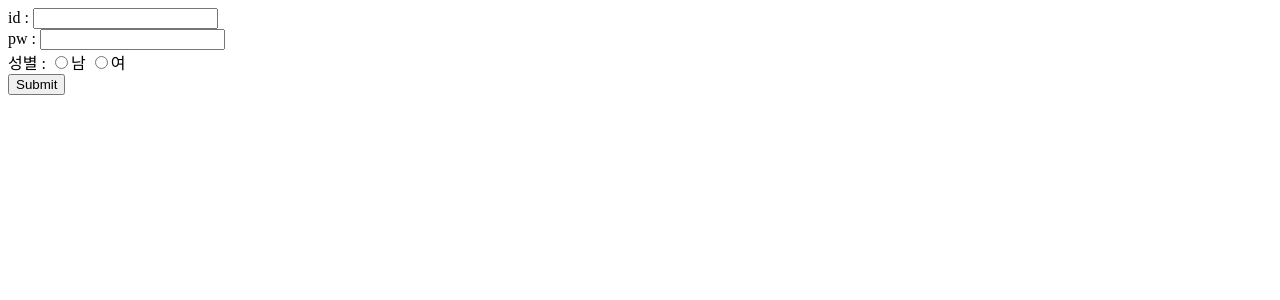
Repository: shouvoo/bitAcademy
Page: http://localhost/jspProj/request/joinForm.jsp
The author's editor kept a copy of each file at every save. The page is drawn from the files as they stood at one save, then again after the next save.
The browser window is 1280 px wide. The pictures show the whole page.
The page is served by Tomcat 9.

Above is the page before, as saved 2017-09-27 05:50:01.

After the next save:
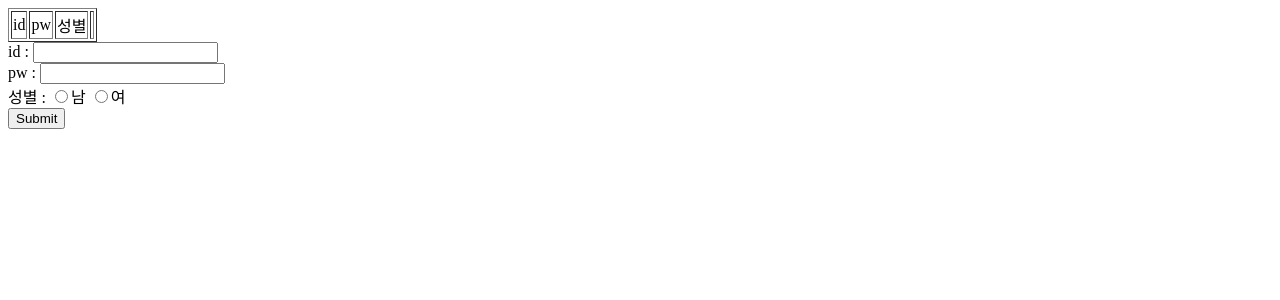
Saved 3 min 55 s later.
--- a/work/jsp/jspProj/WebContent/request/joinForm.jsp
+++ b/work/jsp/jspProj/WebContent/request/joinForm.jsp
@@ -12,6 +12,16 @@
 	<!-- maxlength="7" 글자제한 더 많이 쓰임-->
 	<body>
 		<form action="joinReg.jsp" >
+
+			<table border="1">
+				<tr>
+					<td>id</td>
+					<td>pw</td>
+					<td>성별</td>
+					<td></td>
+				</tr>
+			</table>
+
 			id : <input name="id" type="text" maxlength="7"><br>
 			pw : <input name="pw" type="password" maxlength="7"><br>
 			성별 : <input type="radio" name="gender" value="m">남 <input type="radio" name="gender" value="f">여 <br>
